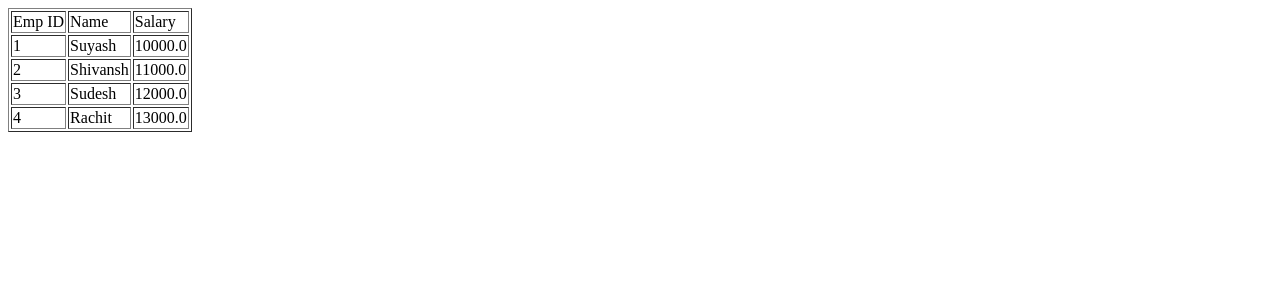
Repository: SuyashAwasthy/Javaee
Page: http://localhost/06-jsp-jstl-tag-demo/jstl-employee-forEach.jsp
These files come from the project's save history. The page is drawn as it stood at one moment and after the next save; the edit follows.
The browser window is 1280 px wide. The pictures show the whole page.
The page is served by Tomcat 9.

Above is the page before, as saved 2024-07-15 07:53:34.

### 06-jsp-jstl-tag-demo/WebContent/jstl-employee-forEach.jsp
<%@ page language="java" contentType="text/html; charset=ISO-8859-1"
	pageEncoding="ISO-8859-1"%>
<%@ page import="java.util.List, java.util.ArrayList, com.techlabs.model.Employee"%>
<%@ taglib uri="http://java.sun.com/jsp/jstl/core" prefix="c"%>
<%@ taglib uri="http://java.sun.com/jsp/jstl/functions" prefix="fn"%>
<!DOCTYPE html>
<html>
<head>
<meta charset="ISO-8859-1">
<title>Insert title here</title>
</head>
<body>

	<%
		List<Employee> employees = new ArrayList<>();
		employees.add(new Employee(1,"Suyash",10000));
		employees.add(new Employee(2,"Shivansh",11000));
		employees.add(new Employee(3,"Sudesh",12000));
		employees.add(new Employee(4,"Rachit",13000));

		pageContext.setAttribute("theEmployees", employees);
	%>
	<table border="1">
		<tr>
			<td>Emp ID</td>
			<td>Name</td>
			<td>Salary</td>
		</tr>
	<c:forEach var="emp" items="${theEmployees}">
		<tr>
			<td>${emp.id}</td>
			<td>${emp.name}</td>
			<td>${emp.salary}</td>
		</tr>
	</c:forEach>
</table>
</body>
</html>

### 06-jsp-jstl-tag-demo/src/com/techlabs/model/Employee.java
package com.techlabs.model;

public class Employee {

	private int id;
	private String name;
	private double salary;
	public Employee(int id, String name, double salary) {
		super();
		this.id = id;
		this.name = name;
		this.salary = salary;
	}
	public int getId() {
		return id;
	}
	public void setId(int id) {
		this.id = id;
	}
	public String getName() {
		return name;
	}
	public void setName(String name) {
		this.name = name;
	}
	public double getSalary() {
		return salary;
	}
	public void setSalary(double salary) {
		this.salary = salary;
	}

}

After the next save:
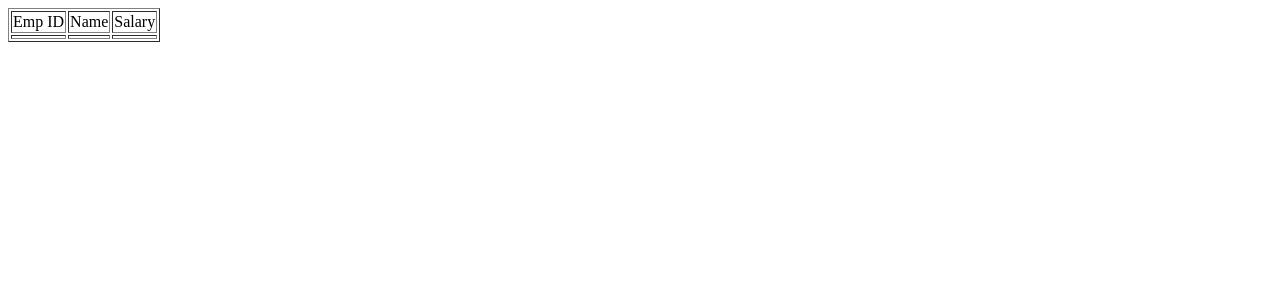
Saved 2 min 26 s later.
--- a/06-jsp-jstl-tag-demo/WebContent/jstl-employee-forEach.jsp
+++ b/06-jsp-jstl-tag-demo/WebContent/jstl-employee-forEach.jsp
@@ -1,8 +1,6 @@
 <%@ page language="java" contentType="text/html; charset=ISO-8859-1"
 	pageEncoding="ISO-8859-1"%>
 <%@ page import="java.util.List, java.util.ArrayList, com.techlabs.model.Employee"%>
-<%@ taglib uri="http://java.sun.com/jsp/jstl/core" prefix="c"%>
-<%@ taglib uri="http://java.sun.com/jsp/jstl/functions" prefix="fn"%>
 <!DOCTYPE html>
 <html>
 <head>

After the save that followed:
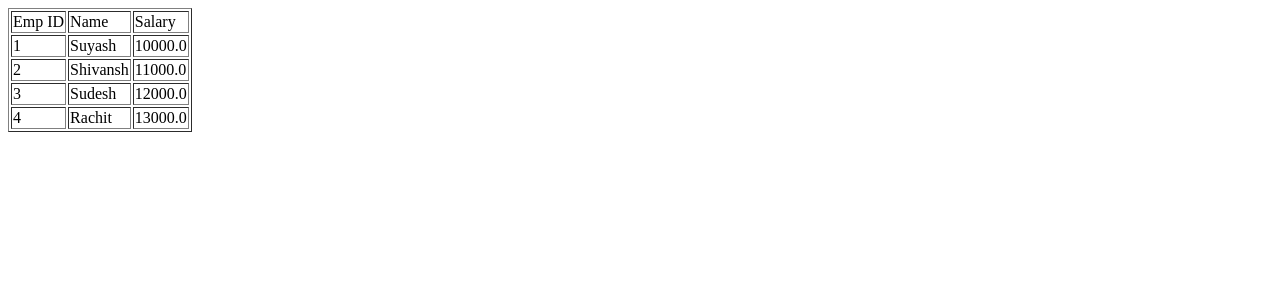
Saved 9 s later.
--- a/06-jsp-jstl-tag-demo/WebContent/jstl-employee-forEach.jsp
+++ b/06-jsp-jstl-tag-demo/WebContent/jstl-employee-forEach.jsp
@@ -1,6 +1,8 @@
 <%@ page language="java" contentType="text/html; charset=ISO-8859-1"
 	pageEncoding="ISO-8859-1"%>
 <%@ page import="java.util.List, java.util.ArrayList, com.techlabs.model.Employee"%>
+<%@ taglib uri="http://java.sun.com/jsp/jstl/core" prefix="c"%>
+<%@ taglib uri="http://java.sun.com/jsp/jstl/functions" prefix="fn"%>
 <!DOCTYPE html>
 <html>
 <head>
